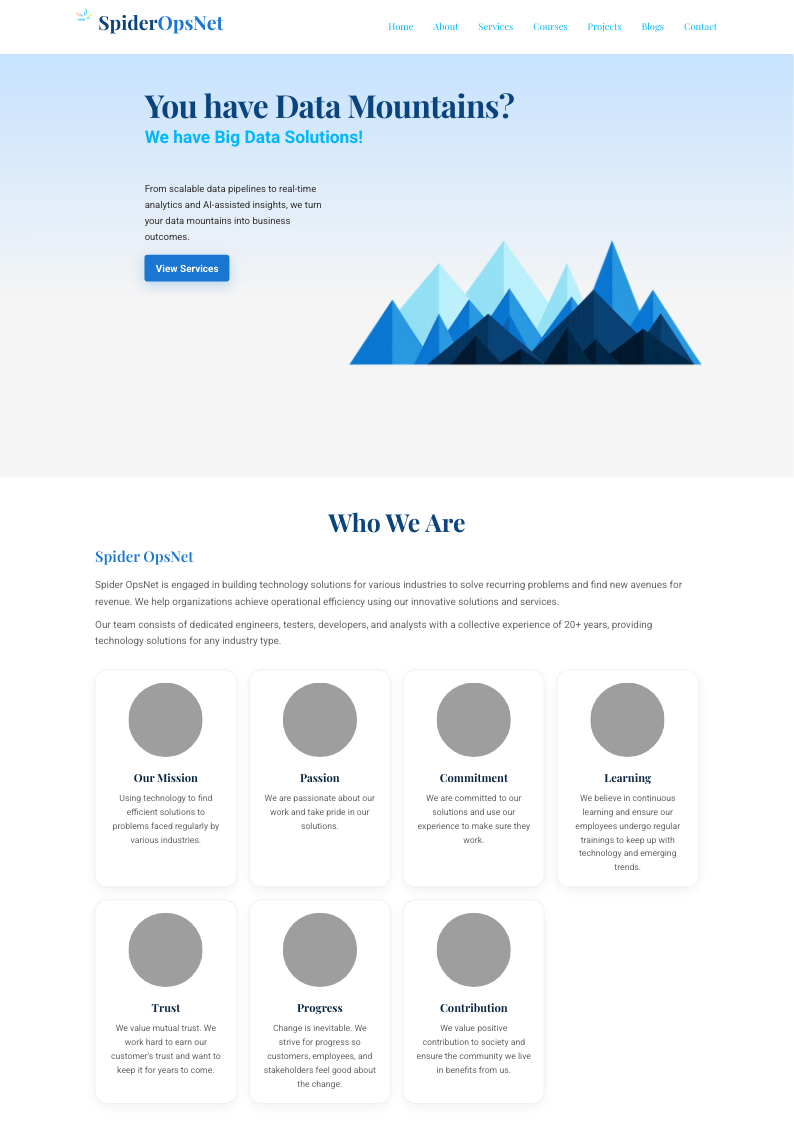
Repository: Yeshwanth-189/spiderOpsNet
Page: / (app in spideropsnet-frontend/)
The author's editor kept a copy of each file at every save. The page is drawn from the files as they stood at one save, then again after a run of saves.
The browser window is 1280 px wide. The pictures show the whole page, at 62% of full size.
Pictures or frames that could not be fetched are drawn as grey boxes. The project was rebuilt for these pictures with package versions that can differ from the ones it lists, and the page was loaded fresh each time. Also part of the build but not shown: spideropsnet-frontend/vite.config.js.

Above is the page before, as saved 2025-09-04 16:02:48.

### spideropsnet-frontend/index.html
<!DOCTYPE html>
<html lang="en">
  <head>
    <meta charset="UTF-8" />
    <link rel="icon" type="image/svg+xml" href="/spideropsnet.svg" />
    <link
      href="https://fonts.googleapis.com/css2?family=Playfair+Display:wght@400;600;700&family=Roboto:wght@400;500;700&display=swap"
      rel="stylesheet"
    />
    <meta name="viewport" content="width=device-width, initial-scale=1.0" />
    <title>SpiderOpsNet</title>
  </head>
  <body>
    <div id="root"></div>
    <script type="module" src="/src/main.jsx"></script>
  </body>
</html>

### spideropsnet-frontend/src/App.jsx
import "./App.css";
import SpiderOpsNet from "./components/SpiderOpsNet";
import { BrowserRouter as Router, Routes, Route } from "react-router-dom";

function App() {
  return (
    <>
      <Router>
        <Routes>
          <Route path="/" element={<SpiderOpsNet />} />
          {/* <Route path="/overview" element={<Overview />} />
          <Route path="/profession" element={<Profession />} />
          <Route path="/projects" element={<Project />} />
          <Route path="/education" element={<Education />} />
          <Route path="/skills" element={<Skills />} />
          <Route path="/achievements" element={<Awards />} /> */}
        </Routes>
      </Router>
    </>
  );
}

export default App;

### spideropsnet-frontend/src/App.css
:root {
  /* Brand Colors */
  --color-primary: #0b437c; /* Dark Navy Blue */
  --color-secondary: #00b6fd; /* Professional Light Blue */

  /* Backgrounds */
  --color-bg: #ffffff;
  --color-bg-light: #f5f5f5;

  /* Neutral Grays */
  --color-gray-dark: #333333;
  --color-gray-mid: #666666;
  --color-gray-light: #f5f5f5;

  /* Status Colors */
  --color-success: #2e7d32;
  --color-warning: #ed6c02;
  --color-error: #d32f2f;

  /* Typography */
  --font-heading: "Playfair Display", serif;
  --font-body: "Roboto", sans-serif;

  /* Font Sizes (scalable for responsive design) */
  --text-h1: 2.5rem;
  --text-h2: 2rem;
  --text-h3: 1.5rem;
  --text-body: 1rem;
  --text-small: 0.875rem;

  /* Spacing (consistent padding/margin system) */
  --space-xs: 4px;
  --space-sm: 8px;
  --space-md: 16px;
  --space-lg: 24px;
  --space-xl: 32px;

  /* Border Radius */
  --radius-sm: 4px;
  --radius-md: 8px;
  --radius-lg: 16px;

  /* Shadows */
  --shadow-sm: 0 1px 2px rgba(0, 0, 0, 0.05);
  --shadow-md: 0 4px 6px rgba(0, 0, 0, 0.1);
  --shadow-lg: 0 10px 15px rgba(0, 0, 0, 0.15);
}

html,
body {
  margin: 0;
  padding: 0;
}
* {
  box-sizing: border-box;
}
/* Base Typography */
body {
  font-family: var(--font-body);
  font-size: var(--text-body);
  color: var(--color-gray-dark);
  background-color: var(--color-bg);
  margin: 0;
  padding: 0;
}

h1,
h2,
h3,
h4,
h5,
h6 {
  font-family: var(--font-heading);
  color: var(--color-primary);
  margin: 0 0 var(--space-md);
}

p {
  margin: 0 0 var(--space-md);
  color: var(--color-gray-mid);
}

### spideropsnet-frontend/src/components/SpiderOpsNet.jsx
import React from "react";
import Hero from "../components/Hero";
import NavBar from "../components/NavBar";
import About from "../components/About";
// import Experience from "../components/Experience";
// import Communications from "../components/Communications";
import "../styles/SpiderOpsNet.css";

function SpiderOpsNet() {
  return (
    <>
      <NavBar />
      <Hero />
      <About />
      {/* <Experience />
      <Communications /> */}
    </>
  );
}

export default SpiderOpsNet;

### spideropsnet-frontend/src/components/Hero.jsx
import React from "react";
import "../styles//Hero.css";
import DataMountains from "../assets/DataMountains.png";
// eslint-disable-next-line no-unused-vars
import { motion, useReducedMotion } from "framer-motion";

export default function Hero({
  title = "You have Data Mountains?",
  subtitle = "We have Big Data Solutions!",
  paragraph = "From scalable data pipelines to real-time analytics and AI-assisted insights, we turn your data mountains into business outcomes.",
  ctaText = "View Services",
  onCtaClick = () => {},
  imageAlt = "Abstract mountain range representing big data layers",
}) {
  const prefersReducedMotion = useReducedMotion();

  const initial = prefersReducedMotion ? { opacity: 0 } : { opacity: 0, y: 40 };
  const animate = prefersReducedMotion ? { opacity: 1 } : { opacity: 1, y: 0 };
  const transition = prefersReducedMotion
    ? { duration: 0.6, ease: "easeOut" }
    : { duration: 0.9, ease: "easeOut" };
  return (
    <motion.section
      className="hero"
      aria-label="Data Solutions Hero"
      initial={initial}
      animate={animate}
      transition={transition}
    >
      <header className="hero__header">
        <h1 className="hero__title">{title}</h1>
        <h1 className="hero__subtitle">{subtitle}</h1>
      </header>

      <div className="hero__left">
        <p className="hero__paragraph">{paragraph}</p>
        <button className="hero__cta" onClick={onCtaClick} aria-label={ctaText}>
          {ctaText}
        </button>
      </div>

      <figure className="hero__right">
        <img
          className="hero__image"
          src={DataMountains}
          alt={imageAlt}
          loading="eager"
        />
      </figure>
    </motion.section>
  );
}

### spideropsnet-frontend/src/components/NavBar.jsx
import React, { useState } from "react";
import { Link } from "react-router-dom";
import "../styles/NavBar.css";
import SpiderOpsNet from "../assets/SpiderOpsNet.png";

function Navbar() {
  const [isOpen, setIsOpen] = useState(false);

  return (
    <nav className="navbar">
      <div className="navbar-grid">
        <div className="col-1" />

        <div className="col-2to11 navbar-content">
          <div className="navbar-logo">
            <img
              alt="logo"
              className="navbar-logo-image"
              src={SpiderOpsNet}
            ></img>
            <h2>
              <span className="primary"></span>Spider
              <span className="secondary">OpsNet</span>
            </h2>
            <div className="hamburger" onClick={() => setIsOpen(!isOpen)}>
              <span className={isOpen ? "bar rotate-top" : "bar"}></span>
              <span className={isOpen ? "bar fade" : "bar"}></span>
              <span className={isOpen ? "bar rotate-bottom" : "bar"}></span>
            </div>
          </div>

          {/* Links */}
          <div className={`navbar-links ${isOpen ? "open" : ""}`}>
            <Link to="/Home" onClick={() => setIsOpen(false)}>
              Home
            </Link>
            <Link to="/About" onClick={() => setIsOpen(false)}>
              About
            </Link>
            <Link to="/Services" onClick={() => setIsOpen(false)}>
              Services
            </Link>
            <Link to="/Courses" onClick={() => setIsOpen(false)}>
              Courses
            </Link>
            <Link to="/Projects" onClick={() => setIsOpen(false)}>
              Projects
            </Link>
            <Link to="/Blogs" onClick={() => setIsOpen(false)}>
              Blogs
            </Link>
            <Link to="/Contact" onClick={() => setIsOpen(false)}>
              Contact
            </Link>
          </div>
        </div>

        <div className="col-12" />
      </div>
    </nav>
  );
}

export default Navbar;

### spideropsnet-frontend/src/components/About.jsx
import React from "react";
// eslint-disable-next-line no-unused-vars
import { motion } from "framer-motion";
import "../styles/About.css";

const aboutItems = [
  {
    title: "Our Mission",
    img: "https://picsum.photos/seed/mission/160/160",
    text: "Using technology to find efficient solutions to problems faced regularly by various industries.",
  },
  {
    title: "Passion",
    img: "https://picsum.photos/seed/passion/160/160",
    text: "We are passionate about our work and take pride in our solutions.",
  },
  {
    title: "Commitment",
    img: "https://picsum.photos/seed/commitment/160/160",
    text: "We are committed to our solutions and use our experience to make sure they work.",
  },
  {
    title: "Learning",
    img: "https://picsum.photos/seed/learning/160/160",
    text: "We believe in continuous learning and ensure our employees undergo regular trainings to keep up with technology and emerging trends.",
  },
  {
    title: "Trust",
    img: "https://picsum.photos/seed/trust/160/160",
    text: "We value mutual trust. We work hard to earn our customer's trust and want to keep it for years to come.",
  },
  {
    title: "Progress",
    img: "https://picsum.photos/seed/progress/160/160",
    text: "Change is inevitable. We strive for progress so customers, employees, and stakeholders feel good about the change.",
  },
  {
    title: "Contribution",
    img: "https://picsum.photos/seed/contribution/160/160",
    text: "We value positive contribution to society and ensure the community we live in benefits from us.",
  },
];

// Variants for parent container and children
const containerVariants = {
  hidden: { opacity: 0, y: 60 },
  show: {
    opacity: 1,
    y: 0,
    transition: {
      duration: 0.7,
      ease: "easeOut",
      staggerChildren: 0.15, // cards animate one after another
    },
  },
};

const childVariants = {
  hidden: { opacity: 0, y: 40 },
  show: { opacity: 1, y: 0, transition: { duration: 0.6, ease: "easeOut" } },
};

export default function AboutUs() {
  return (
    <section className="about-wrap">
      <div className="about-grid">
        <div className="gutter-left" aria-hidden="true" />

        {/* Animate the whole content */}
        <motion.div
          className="about-content"
          variants={containerVariants}
          initial="hidden"
          whileInView="show"
          viewport={{ once: true, amount: 0.2 }}
        >
          {/* Intro */}
          <motion.header className="about-intro" variants={childVariants}>
            <h1 className="about-title">Who We Are</h1>
            <h2 className="about-subtitle">Spider OpsNet</h2>
            <p className="about-paragraph">
              Spider OpsNet is engaged in building technology solutions for
              various industries to solve recurring problems and find new
              avenues for revenue. We help organizations achieve operational
              efficiency using our innovative solutions and services.
            </p>
            <p className="about-paragraph">
              Our team consists of dedicated engineers, testers, developers, and
              analysts with a collective experience of 20+ years, providing
              technology solutions for any industry type.
            </p>
          </motion.header>

          {/* Cards */}
          <motion.div className="cards-grid" variants={containerVariants}>
            {aboutItems.map((item) => (
              <motion.article
                className="card"
                key={item.title}
                variants={childVariants}
              >
                <div className="card-img-wrap">
                  <img src={item.img} alt={item.title} />
                </div>
                <h3 className="card-title">{item.title}</h3>
                <p className="card-text">{item.text}</p>
              </motion.article>
            ))}
          </motion.div>
        </motion.div>

        <div className="gutter-right" aria-hidden="true" />
      </div>
    </section>
  );
}

### spideropsnet-frontend/src/styles/Hero.css
:root {
  --brand-primary: var(--color-primary, #0a2540); /* Dark Navy */
  --brand-accent: var(--color-accent, #1976d2); /* Light Blue */
  --surface: var(--color-surface, #ffffff);
  --text: var(--color-text, #333333);
  --muted: var(--color-muted, #666666);
  --elev: 24px;
}

/* Grid shell: 12 columns desktop, 4 columns mobile */
.hero {
  --gutter: clamp(12px, 2vw, 24px);
  display: grid;
  grid-template-columns:
    [line1] 1fr /* empty gutter */
    [line2] repeat(10, minmax(0, 1fr)) /* content */
    [line12] 1fr /* empty gutter */
    [line13];
  gap: var(--gutter);
  padding: clamp(32px, 6vw, 80px) var(--gutter);
  background: linear-gradient(180deg, rgb(195, 225, 255), transparent 60%),
    var(--surface);
  color: var(--text);
  margin-top: 5%;
}

.hero__header {
  grid-column: 3 / 12;
}

.hero__title {
  margin: 0 0 8px 0;
  font-size: clamp(28px, 4vw, 56px);
  line-height: 1.1;
  letter-spacing: -0.02em;
  color: var(--brand-primary);
  font-family: "Playfair Display", ui-serif, Georgia, serif;
}

.hero__subtitle {
  margin: 0 0 clamp(16px, 2.5vw, 28px) 0;
  font-size: clamp(18px, 2.2vw, 28px);
  line-height: 1.2;
  color: var(--color-secondary);
  font-family: Roboto, system-ui, -apple-system, Segoe UI, "Helvetica Neue",
    Arial, sans-serif;
}

.hero__left {
  grid-column: 3 / 6;
  align-self: start;
}

.hero__paragraph {
  margin: 0 0 16px 0;
  font-size: clamp(14px, 1.2vw, 18px);
  line-height: 1.7;
  color: var(--color-gray-dark);
}

.hero__cta {
  appearance: none;
  border: none;
  cursor: pointer;
  padding: 12px 18px;
  border-radius: 5px;
  background: var(--brand-accent);
  color: #fff;
  font-weight: 600;
  font-size: 16px;
  box-shadow: 0 6px 20px rgba(25, 118, 210, 0.25);
  transition: transform 120ms ease, box-shadow 120ms ease, filter 120ms ease;
}

.hero__cta:hover {
  transform: translateY(-1px);
  box-shadow: 0 10px 28px rgba(25, 118, 210, 0.35);
}

.hero__cta:active {
  transform: translateY(0);
  filter: brightness(0.96);
}

/* Right block: lines 6 → 12 (i.e., cols 6–11 inclusive) */
.hero__right {
  grid-column: 6 / 12;
  margin: 0;
}

.hero__image {
  width: 100%;
  height: auto;
  display: block;
}

/* Responsive: switch to 4-column grid on mobile */
@media (max-width: 767.98px) {
  .hero {
    grid-template-columns:
      [m1] 1fr /* empty */
      [m2] repeat(2, minmax(0, 1fr)) /* content */
      [m4] 1fr /* empty */
      [m5];
  }

  .hero__header,
  .hero__left,
  .hero__right {
    grid-column: 2 / 4; /* span the two content columns */
  }

  .hero__right {
    order: 3;
  }
  .hero__left {
    order: 2;
  }
  .hero__header {
    order: 1;
  }
}

/* Prefers-reduced-motion respect */
@media (prefers-reduced-motion: reduce) {
  .hero__cta {
    transition: none;
  }
}

### spideropsnet-frontend/src/styles/NavBar.css
.navbar {
  position: fixed;
  width: 100%;
  background-color: var(--color-bg);
  z-index: 999;
  padding: 12px 0;
}

.navbar-grid {
  display: grid;
  grid-template-columns: repeat(12, 1fr);
  align-items: center;
  max-width: 1400px;
  margin: 0 auto;
  padding: 0 20px;
}

.col-1 {
  grid-column: 1 / 2;
}

.col-2to11 {
  grid-column: 2 / 12;
  display: flex;
  justify-content: space-between;
  align-items: center;
}

.col-12 {
  display: none;
}

/* Left: Logo */
.navbar-logo {
  font-family: "Playfair Display", serif;
  font-size: 1.3rem;
  color: var(--color-primary);
  display: flex;
  justify-content: flex-start;
  align-items: flex-start;
  gap: 10px;
  width: 100%;
}

.navbar-logo-image {
  width: 5%;
}

.primary {
  color: #0a2540;
}

.secondary {
  color: #1976d2;
}

/* Right: Links */
.navbar-links {
  display: flex;
  gap: 32px;
  font-family: "Playfair Display", serif;
  font-size: 0.95rem;
}

.navbar-links a {
  color: var(--color-secondary);
  text-decoration: none;
  transition: color 0.3s ease;
  position: relative;
}

.navbar-links a:hover {
  color: --color-primary;
}

.navbar-links a::after {
  content: "";
  display: block;
  height: 2px;
  width: 0;
  background-color: var(--color-secondary);
  transition: width 0.3s ease;
  position: absolute;
  bottom: -4px;
  left: 0;
}

.navbar-links a:hover::after {
  width: 100%;
}
.hamburger {
  display: none;
  flex-direction: column;
  justify-content: center;
  align-items: flex-end;
  gap: 5px;
  margin-left: auto;
  cursor: pointer;
  z-index: 1000;
}

.bar {
  width: 22px;
  height: 3px;
  background-color: var(--color-primary);
  transition: all 0.3s ease;
}

.rotate-top {
  transform: rotate(45deg) translateY(8px);
}

.fade {
  opacity: 0;
}

.rotate-bottom {
  transform: rotate(-45deg) translateY(-8px);
}

/* Responsive */
@media screen and (max-width: 768px) {
  .navbar-grid {
    grid-template-columns: 1fr;
  }

  .col-2to11 {
    flex-direction: column;
    gap: 14px;
    grid-column: span 12;
  }

  .navbar-logo {
    font-size: 1.1rem;
  }

  .navbar-logo-image {
    width: 10%;
  }

  .navbar-links {
    flex-direction: column;
    gap: 12px;
  }
  @media screen and (max-width: 768px) {
    .hamburger {
      margin-top: 5%;
      display: flex;
    }
    .navbar {
      top: 0;
      border-bottom: 1px solid #0a2540;
    }

    .navbar-links {
      display: none;
      flex-direction: column;
      gap: 16px;
      margin-top: 1rem;
      width: 100%;
    }

    .navbar-links.open {
      display: flex;
      animation: fadeIn 0.3s ease-in-out;
    }
  }

  @keyframes fadeIn {
    from {
      opacity: 0;
      transform: translateY(-10px);
    }
    to {
      opacity: 1;
      transform: translateY(0);
    }
  }
}

### spideropsnet-frontend/src/styles/About.css
/* Optional: inherit brand tokens if you already have variables.css */
:root {
  --brand-navy: #0a2540; /* Primary */
  --brand-blue: #1976d2; /* Secondary */
  --bg: #ffffff;
  --text-dark: #333333;
  --text-mid: #666666;
  --surface: #f5f5f5;
}

/* Layout wrapper */
.about-wrap {
  background: var(--bg);
  color: var(--text-dark);
  width: 100%;
}

/* 12-column grid with hidden 1st & 12th columns */
.about-grid {
  display: grid;
  grid-template-columns: repeat(12, minmax(0, 1fr));
  gap: 0; /* outer grid has no gap; inner content controls spacing */
  max-width: 1200px;
  margin: 0 auto;
  padding: 48px 16px;
}

.gutter-left,
.gutter-right {
  display: none; /* explicitly hidden */
}

/* Content spans columns 2–11 */
.about-content {
  grid-column: 2 / 12;
}

/* Intro block */
.about-intro {
  margin-bottom: 32px;
}

.about-title {
  font-family: "Playfair Display", Georgia, serif;
  font-weight: 700;
  font-size: clamp(28px, 4vw, 40px);
  color: var(--color-primary);
  margin: 0 0 8px 0;
  line-height: 1.2;
  text-align: center;
  width: 100%;
  margin: 0 auto 12px auto;
}

.about-subtitle {
  font-family: "Playfair Display", Georgia, serif;
  font-weight: 600;
  font-size: clamp(18px, 2.5vw, 24px);
  color: var(--brand-blue);
  margin: 0 0 16px 0;
}

.about-paragraph {
  font-family: "Roboto", system-ui, -apple-system, Segoe UI, Arial, sans-serif;
  font-size: 16px;
  line-height: 1.65;
  color: var(--text-mid);
  margin: 0 0 12px 0;
}

/* Cards grid: makes 4 on top, 3 on bottom naturally with 7 items */
.cards-grid {
  display: grid;
  grid-template-columns: repeat(4, minmax(0, 1fr));
  gap: 20px;
}

/* Card */
.card {
  background: #fff;
  border: 1px solid rgba(10, 37, 64, 0.08);
  border-radius: 20px;
  padding: 20px;
  box-shadow: 0 6px 18px rgba(10, 37, 64, 0.06);
  display: flex;
  flex-direction: column;
  align-items: center;
  text-align: center;

  /* subtle hover */
  transition: transform 240ms ease, box-shadow 240ms ease,
    border-color 240ms ease;
}

.card:hover {
  transform: translateY(-4px);
  box-shadow: 0 10px 24px rgba(10, 37, 64, 0.1);
  border-color: rgba(25, 118, 210, 0.25);
}

.card-img-wrap {
  width: 120px;
  height: 120px;
  border-radius: 50%;
  background: var(--surface);
  display: grid;
  place-items: center;
  margin-bottom: 14px;
  overflow: hidden;
}

.card-img-wrap img {
  width: 100%;
  height: 100%;
  object-fit: cover;
}

.card-title {
  font-family: "Playfair Display", Georgia, serif;
  font-size: 18px;
  font-weight: 700;
  color: var(--brand-navy);
  margin: 6px 0 8px 0;
}

.card-text {
  font-family: "Roboto", system-ui, -apple-system, Segoe UI, Arial, sans-serif;
  font-size: 14px;
  color: var(--text-mid);
  line-height: 1.6;
  margin: 0;
}

/* Load-in animation */
.fade-up {
  opacity: 0;
  transform: translateY(16px);
  animation: fadeUp 600ms ease-out forwards;
}

@keyframes fadeUp {
  to {
    opacity: 1;
    transform: translateY(0);
  }
}

/* Responsive tweaks */
@media (max-width: 1024px) {
  .cards-grid {
    grid-template-columns: repeat(3, minmax(0, 1fr));
  }
}

@media (max-width: 768px) {
  .about-grid {
    padding: 32px 14px;
  }
  .cards-grid {
    grid-template-columns: repeat(2, minmax(0, 1fr));
  }
}

@media (max-width: 480px) {
  .cards-grid {
    grid-template-columns: 1fr;
  }
}

Loaded but not shown: spideropsnet-frontend/src/main.jsx (common file); spideropsnet-frontend/src/index.css (common file); spideropsnet-frontend/src/styles/SpiderOpsNet.css (no stored copy; drawn as an empty file)

After the next 2 saves:
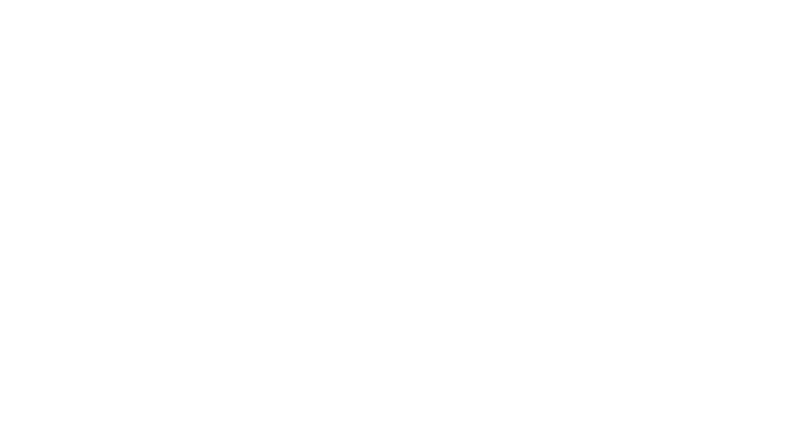
Console error: ReferenceError: Cloud is not defined
The 2 saves are shown as one change because they came seconds apart.
The last was saved 113 s later.
--- a/spideropsnet-frontend/src/components/Hero.jsx
+++ b/spideropsnet-frontend/src/components/Hero.jsx
@@ -42,6 +42,12 @@
       <figure className="hero__right">
         <img
           className="hero__image"
+          src={Cloud}
+          alt={imageAlt}
+          loading="eager"
+        ></img>
+        <img
+          className="hero__image"
           src={DataMountains}
           alt={imageAlt}
           loading="eager"

After the save that followed:
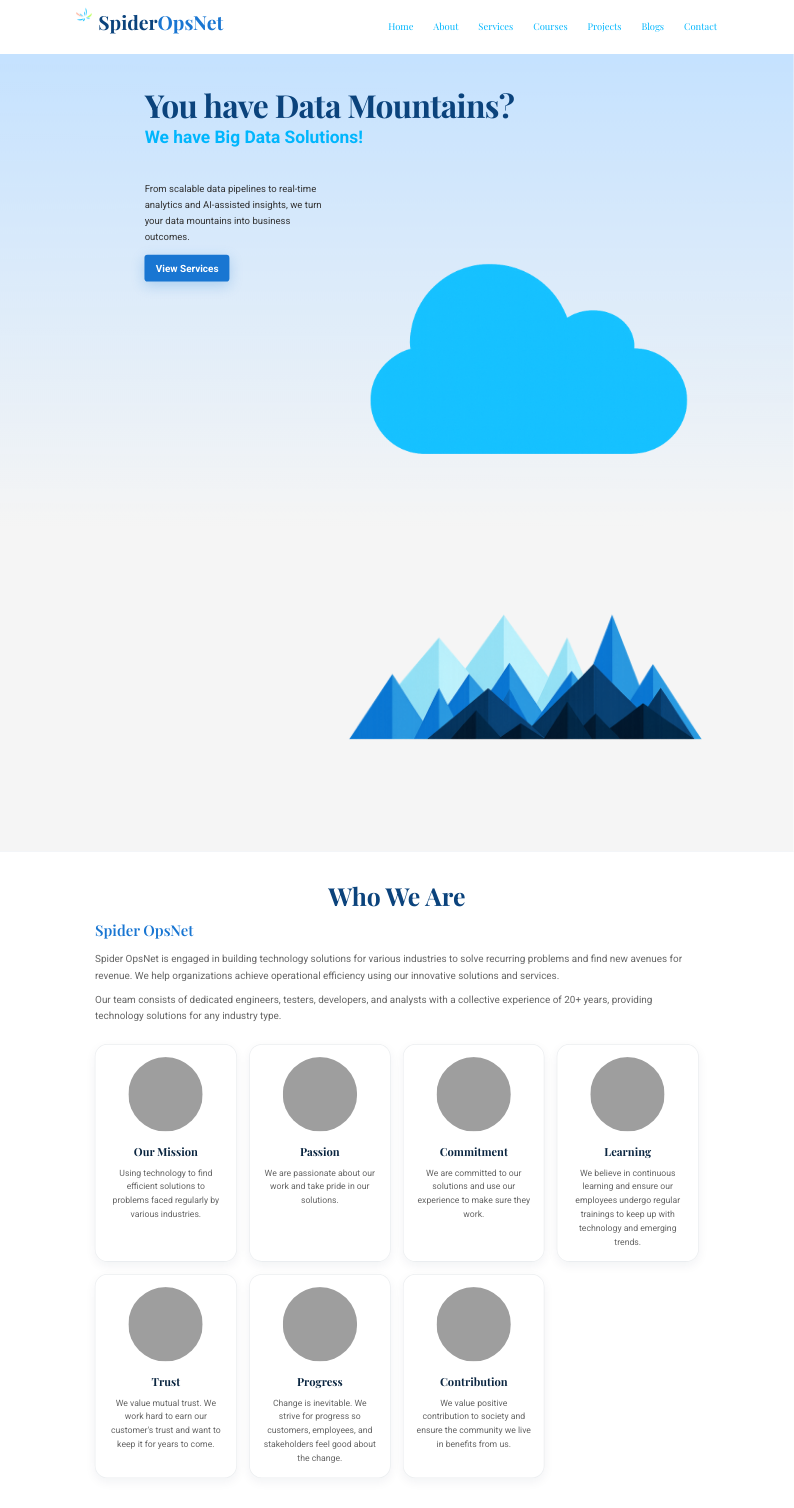
The error is gone.
Saved 14 s later.
--- a/spideropsnet-frontend/src/components/Hero.jsx
+++ b/spideropsnet-frontend/src/components/Hero.jsx
@@ -3,6 +3,7 @@
 import DataMountains from "../assets/DataMountains.png";
 // eslint-disable-next-line no-unused-vars
 import { motion, useReducedMotion } from "framer-motion";
+import Cloud from "../assets/Cloud.png";
 
 export default function Hero({
   title = "You have Data Mountains?",
